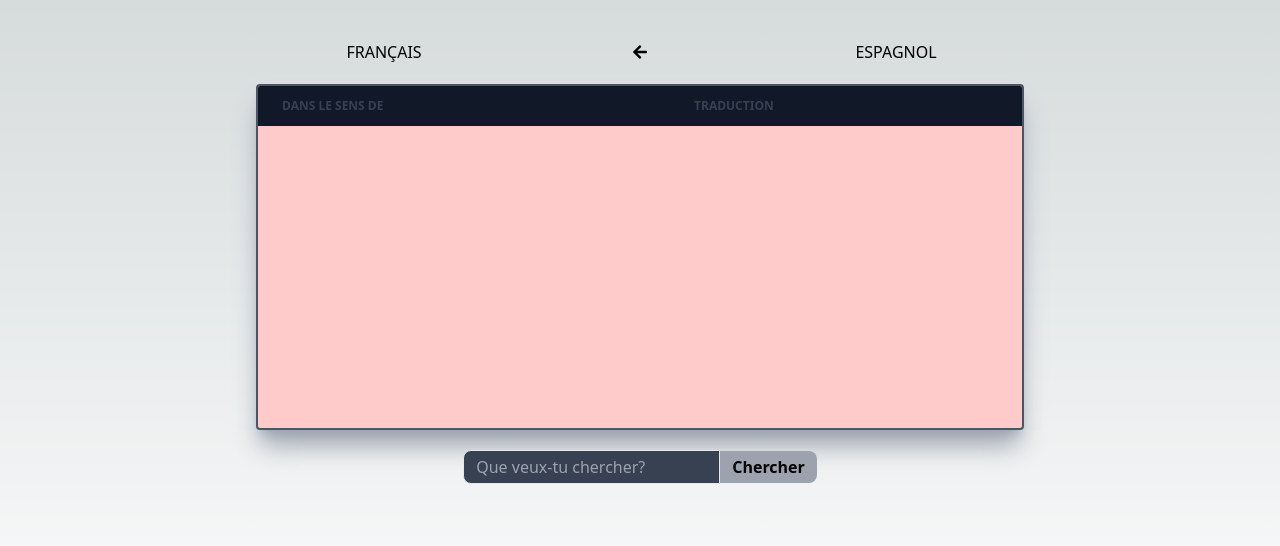
Repository: All-Khwarizmi/Dico
Page: /
The author's editor kept a copy of each file at every save. The page is drawn from the files as they stood at one save, then again after the next save.
The browser window is 1280 px wide. The pictures show the whole page.
The project was rebuilt for these pictures with package versions that can differ from the ones it lists, and the page was loaded fresh each time. The framework's server and built-in components were replaced by stand-ins that run in the browser. Also part of the build but not shown: next.config.js, vite.config.ts.

Above is the page before, as saved 2023-02-17 18:33:19.

### src/app/page.tsx
'use client';
import Image from 'next/image';
import { Inter } from '@next/font/google';
import { FaArrowLeft } from 'react-icons/fa';
import { BsArrowRight } from 'react-icons/bs';
import { FaArrowRight } from 'react-icons/fa';
import EspModal from '@/components/EspModal';
import DicoModal from '@/components/DicoModal';

const inter = Inter({ subsets: ['latin'] });
import parse from 'html-react-parser';
import { useState } from 'react';
import Link from 'next/link';

type Trad = {
  source: string;
  target: string;
};
type Translations = Array<Trad>;
interface TranslationsFetch {
  translations: Array<Trad>;
}
export default function Home() {
  const [word, setWord] = useState<string>('');
  const [isFr, setIsFR] = useState<Boolean>(false);
  const [translations, setTranslations] = useState<Translations>([]);

  const submitWord = (e: React.FormEvent<HTMLFormElement>) => {
    e.preventDefault();
    let check = word.split(' ').length;
    console.log('Submitting', check);
    if (check > 1) {
      return window.alert('1 mot à la fois');
    }
    if (isFr) return fetchDico(word).catch((err) => console.log(err));
    fetchDicoEsp(word).catch((err) => console.log(err));
  };

  const inputWord = (e: React.ChangeEvent<HTMLInputElement>) => {
    return setWord(e.target.value);
  };

  const fetchDico = async (word: string): Promise<void> => {
    console.log('Fetching..');
    const url = 'https://dico-ochre.vercel.app/api/dico';
    const options: RequestInit = {
      method: 'POST',
      headers: {
        'Content-Type': 'text/plain;charset=UTF-8',
      },
      body: JSON.stringify(word),
    };
    const res = await fetch(url, options);
    // eslint-disable-next-line @typescript-eslint/no-unsafe-assignment
    const data = await res.json();
    console.log('Data: ', data);
    // eslint-disable-next-line @typescript-eslint/no-unsafe-assignment
    const { translations }: TranslationsFetch = data;
    setTranslations(translations);
    setWord('');
  };
  const fetchDicoEsp = async (word: string): Promise<void> => {
    console.log('Fetching..');
    const url = 'https://dico-ochre.vercel.app/api/esp';
    const options: RequestInit = {
      method: 'POST',
      headers: {
        'Content-Type': 'text/plain;charset=UTF-8',
      },
      body: JSON.stringify(word),
    };
    const res = await fetch(url, options);
    // eslint-disable-next-line @typescript-eslint/no-unsafe-assignment
    const data = await res.json();
    console.log('Data: ', data);
    // eslint-disable-next-line @typescript-eslint/no-unsafe-assignment
    const { translations }: TranslationsFetch = data;
    setTranslations(translations);
    setWord('');
  };
  return (
    <main className='h-screen w-screen'>
      <div className='grid place-items-center pt-5 '>
        {isFr ? (
          <div className='grid w-[60%] grid-cols-3  place-items-center  '>
            <button onClick={() => setIsFR(!isFr)}>
              <h1 className='py-5 text-center uppercase text-1xl'>Français</h1>
            </button>
            <button onClick={() => setIsFR(!isFr)}>
              <FaArrowRight />
            </button>
            <button onClick={() => setIsFR(!isFr)}>
              <h1 className='py-5 text-center uppercase text-1xl'>Espagnol</h1>
            </button>
          </div>
        ) : (
          <div className='grid w-[60%] grid-cols-3  place-items-center  '>
            <button onClick={() => setIsFR(!isFr)}>
              <h1 className='py-5 text-center uppercase text-1xl'>Français</h1>
            </button>
            <button onClick={() => setIsFR(!isFr)}>
              <FaArrowLeft />
            </button>
            <button onClick={() => setIsFR(!isFr)}>
              <h1 className='py-5 text-center uppercase text-1xl'>Espagnol</h1>
            </button>
          </div>
        )}
      </div>
      <div className='flex h-[80%] flex-col  items-center gap-5'>
        <div className=' h-[60%] max-h-[80%] w-[60%] overflow-scroll rounded border-2 border-solid border-gray-600 shadow-xl shadow-gray-400 bg-red-200'>
          <div className='text-black '>
            <div className=''>
              <table className='  relative w-full text-left text-sm text-gray-500 dark:text-gray-400'>
                <thead className='  sticky top-0 bg-gray-900 text-xs uppercase text-gray-700 '>
                  <tr>
                    <th scope='col' className='px-6 dark:text-white py-3 '>
                      Dans le sens de
                    </th>
                    <th scope='col' className='px-6 dark:text-white py-3 '>
                      Traduction
                    </th>
                  </tr>
                </thead>
                <tbody className='bg-gray-800'>
                  {translations?.map((trad: Trad, index) => {
                    return (
                      <tr
                        className='border-b bg-white dark:border-gray-700 dark:bg-gray-800'
                        key={index}
                      >
                        <td className='px-6 py-4'> {parse(trad?.source)}</td>
                        <th
                          scope='row'
                          className='whitespace-nowrap px-6 py-4 font-medium text-gray-900 dark:text-white'
                        >
                          {parse(trad?.target)}
                        </th>
                      </tr>
                    );
                  })}
                </tbody>
              </table>
            </div>
          </div>
        </div>
        <form className='text-black' onSubmit={(e) => submitWord(e)}>
          <input
            onChange={(event) => inputWord(event)}
            value={word}
            placeholder='Que veux-tu chercher?'
            className='rounded-lg border dark:text-white border-1 bg-gray-700 rounded-r-none px-3 py-1'
            type='text'
            name='word'
            id='word'
          />
          <button
            className='rounded-lg rounded-l-none bg-gray-400 dark:text-white font-bold dark:bg-purple-900 px-3 py-1 dark:py-1.5'
            type='submit'
          >
            Chercher
          </button>
        </form>
      </div>
    </main>
  );
}

Loaded but not shown: src/app/layout.tsx (common file); src/app/globals.css (common file); tailwind.config.js (common file)

After the next save:
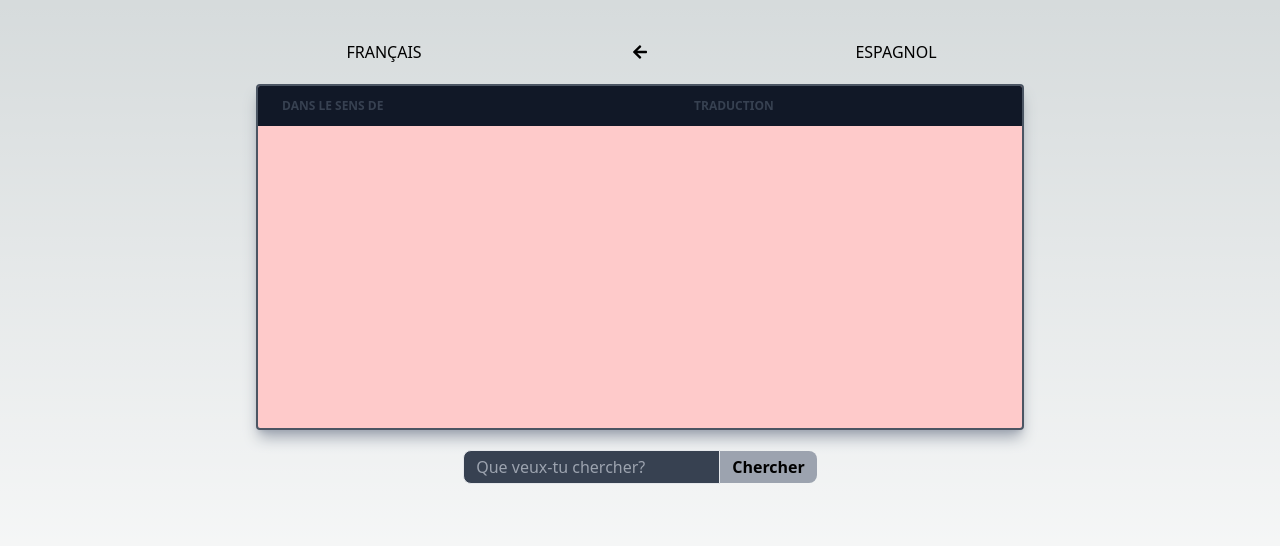
Saved 7 s later.
--- a/src/app/page.tsx
+++ b/src/app/page.tsx
@@ -108,7 +108,7 @@ export default function Home() {
         )}
       </div>
       <div className='flex h-[80%] flex-col  items-center gap-5'>
-        <div className=' h-[60%] max-h-[80%] w-[60%] overflow-scroll rounded border-2 border-solid border-gray-600 shadow-xl shadow-gray-400 bg-red-200'>
+        <div className=' h-[60%] max-h-[80%] w-[60%] overflow-scroll rounded border-2 border-solid border-gray-600 shadow-lg shadow-gray-400 bg-red-200'>
           <div className='text-black '>
             <div className=''>
               <table className='  relative w-full text-left text-sm text-gray-500 dark:text-gray-400'>
